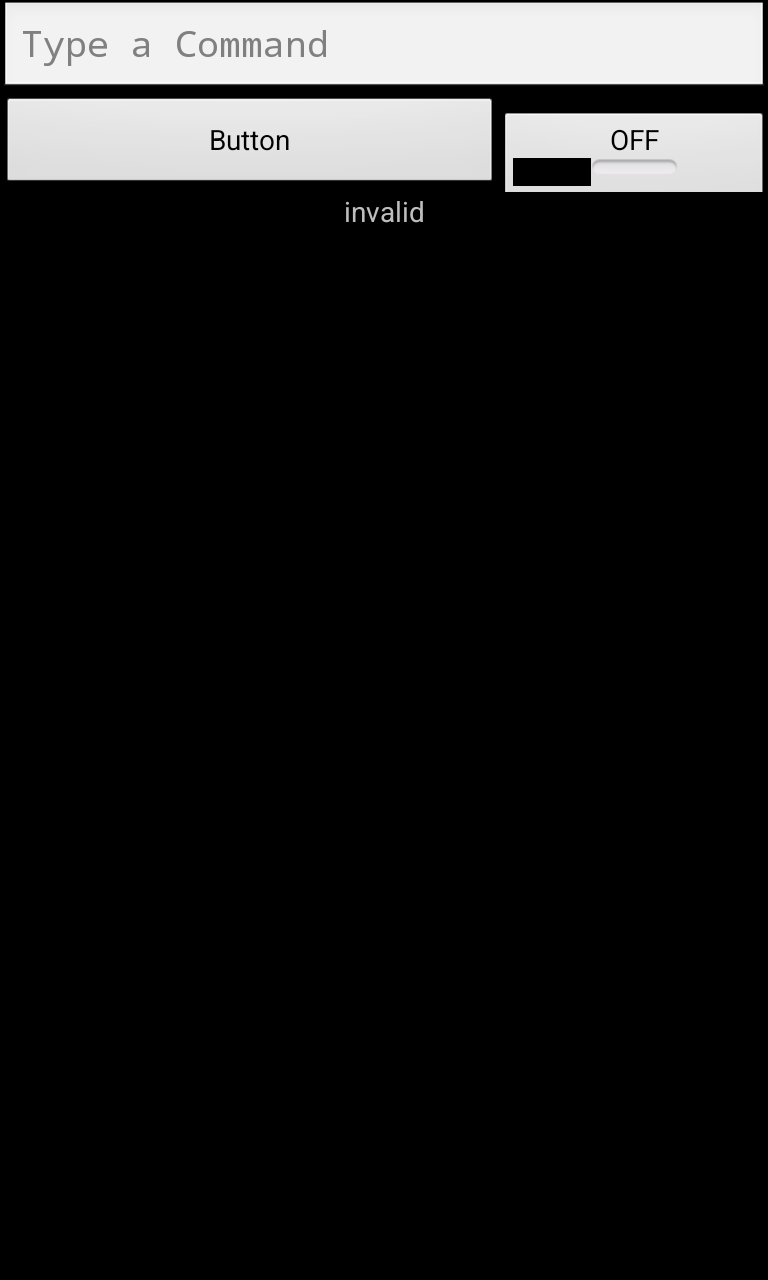
Repository: mcranwill/java_android
Layout: newboston/res/layout/text.xml
The author's editor kept a copy of each file at every save. The layout is drawn from the files as they stood at one save, then again after the next save.
It is drawn on a 768 x 1280 px phone screen (xhdpi) without system bars, with theme android:Theme; the app's code is not run.

Above is the layout before, as saved 2012-06-10 18:42:22.

### newboston/res/layout/text.xml
<?xml version="1.0" encoding="UTF-8"?>
<LinearLayout xmlns:android="http://schemas.android.com/apk/res/android"
    android:layout_width="match_parent"
    android:layout_height="match_parent"
    android:orientation="vertical" >

    <EditText
        android:id="@+id/etCommands"
        android:layout_width="fill_parent"
        android:layout_height="wrap_content"
        android:hint="@string/basic_hint"
        android:password="true" />

    <LinearLayout
        android:layout_width="fill_parent"
        android:layout_height="wrap_content"
        android:orientation="horizontal"
        android:weightSum="100">

        <Button
            android:layout_weight="35"
            android:id="@+id/bResults"
            android:layout_width="fill_parent"
            android:layout_height="wrap_content"
            android:text="Button" />

        <ToggleButton
            android:id="@+id/toggleButton1"
            android:layout_width="fill_parent"
            android:layout_height="wrap_content"
            android:layout_weight="65"
            android:text="ToggleButton" />

    </LinearLayout>

    <TextView
        android:id="@+id/tvResutls"
        android:layout_width="fill_parent"
        android:layout_height="wrap_content"
        android:gravity="center"
        android:text="invalid" />

</LinearLayout>

### newboston/res/values/strings.xml
<?xml version="1.0" encoding="utf-8"?>
<resources>

    <string name="hello">Hello World, StartingPoint!</string>
    <string name="app_name">Newboston</string>
    <string name="basic_hint">Type a Command</string>

</resources>

After the next save:
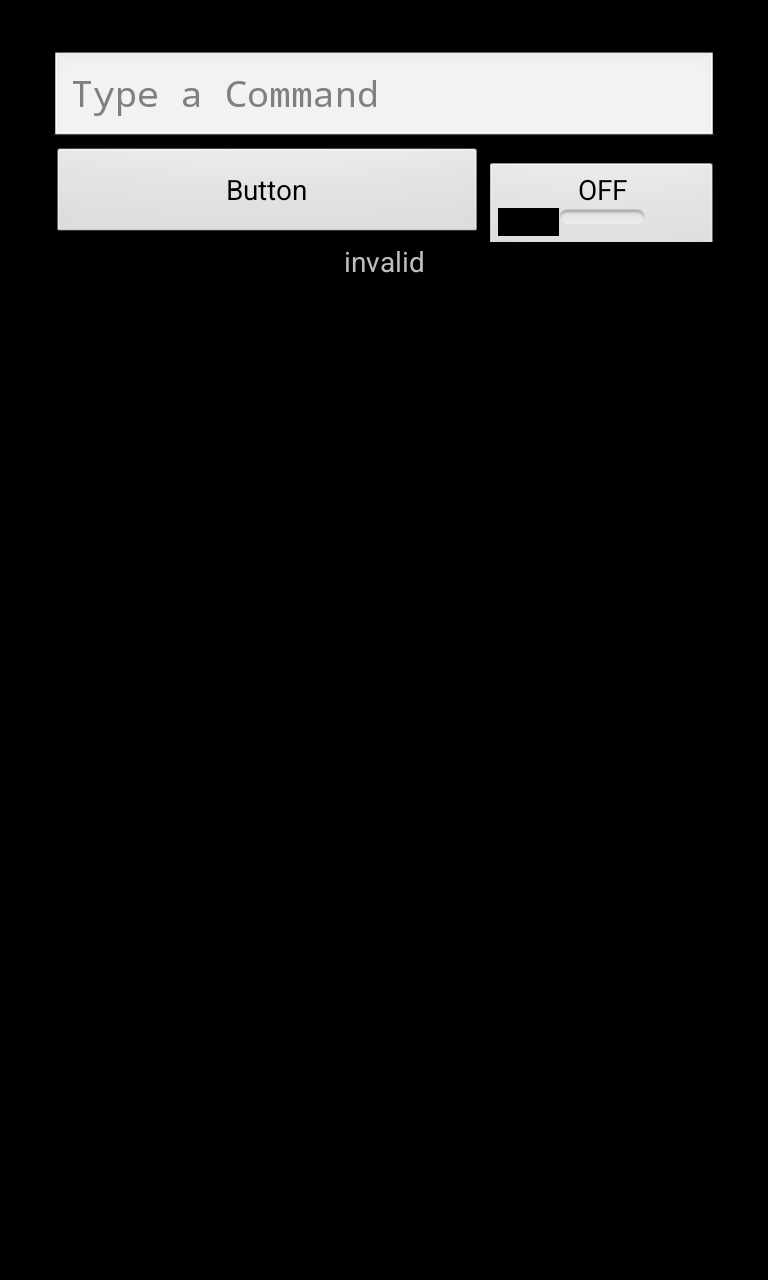
Saved 68 s later.
--- a/newboston/res/layout/text.xml
+++ b/newboston/res/layout/text.xml
@@ -1,5 +1,6 @@
 <?xml version="1.0" encoding="UTF-8"?>
 <LinearLayout xmlns:android="http://schemas.android.com/apk/res/android"
+    android:padding="25dp"
     android:layout_width="match_parent"
     android:layout_height="match_parent"
     android:orientation="vertical" >
